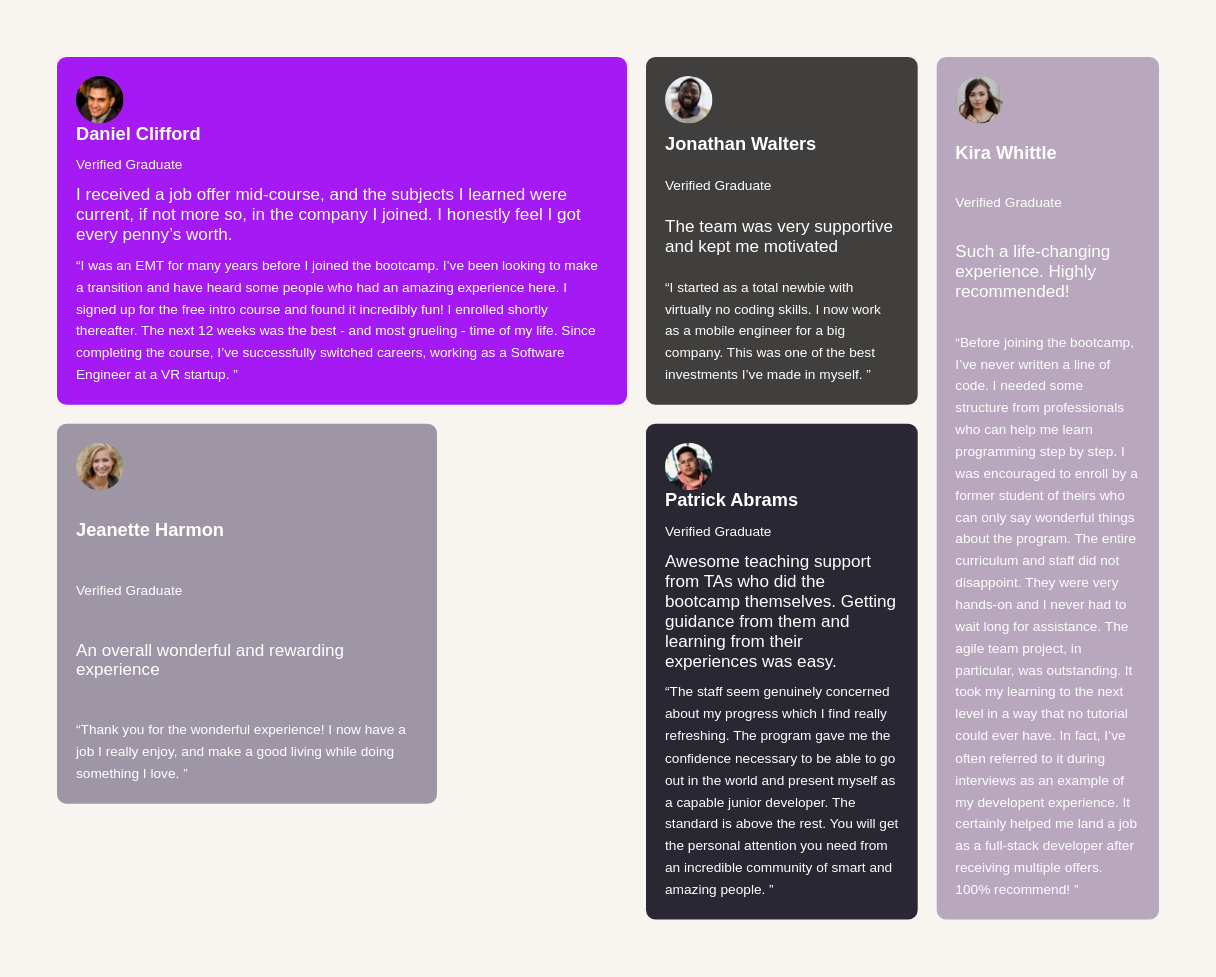
Repository: MagedElRefaey/Grid-Project
Page: Task.html
An editor plug-in stored every save of this project. The page is shown before and after the next save, followed by the edit.
The browser window is 1280 px wide. The pictures show the whole page, at 95% of full size.

Above is the page before, as saved 2024-09-13 23:30:25.

### Task.html
<!DOCTYPE html>
<html lang="en">
<head>
    <link rel ="stylesheet" href="./Style.css">
    <meta charset="UTF-8">
    <meta name="viewport" content="width=device-width, initial-scale=1.0">
    <title>Document</title>
</head>
<body>
    <div class="Container">
        <div class="Card David"> <img src = "images/image-daniel.jpg">

            <h3>Daniel Clifford</h3>
            <p>Verified Graduate</p>
            <blockquote>
            I received a job offer mid-course, and the subjects I learned were current, if not more so,
            in the company I joined. I honestly feel I got every penny’s worth.</blockquote>

            <p>“I was an EMT for many years before I joined the bootcamp. I’ve been looking to make a
            transition and have heard some people who had an amazing experience here. I signed up
            for the free intro course and found it incredibly fun! I enrolled shortly thereafter.
            The next 12 weeks was the best - and most grueling - time of my life. Since completing
            the course, I’ve successfully switched careers, working as a Software Engineer at a VR startup. ”</p></div>
        <div class="Card Jonathan"><img src = "images/image-jonathan.jpg">
            <h3>Jonathan Walters</h3>
            <p>Verified Graduate</p>

            <blockquote>The team was very supportive and kept me motivated</blockquote>

            <p>“I started as a total newbie with virtually no coding skills. I now work as a mobile engineer
            for a big company. This was one of the best investments I’ve made in myself. ”</p></div>
        <div class="Card Jeanette"> <img src = "images/image-jeanette.jpg">
            <h3>Jeanette Harmon</h3>
            <p>Verified Graduate</p>

            <blockquote>An overall wonderful and rewarding experience</blockquote>

            <p>“Thank you for the wonderful experience! I now have a job I really enjoy, and make a good living
            while doing something I love. ” </p> </div>

        <div class="Card Patrick"><img src="images/image-patrick.jpg">
            <h3>Patrick Abrams</h3>
            <p>Verified Graduate</p>

            <blockquote>Awesome teaching support from TAs who did the bootcamp themselves. Getting guidance from them and
            learning from their experiences was easy.</blockquote>

            <p>“The staff seem genuinely concerned about my progress which I find really refreshing. The program
            gave me the confidence necessary to be able to go out in the world and present myself as a capable
            junior developer. The standard is above the rest. You will get the personal attention you need from
            an incredible community of smart and amazing people. ”</p>
           </div>
        <div class="Card Kira"><img src="images/image-kira.jpg">
            <h3>Kira Whittle</h3>
            <p>Verified Graduate</p>

            <blockquote>Such a life-changing experience. Highly recommended!</blockquote>

            <p>“Before joining the bootcamp, I’ve never written a line of code. I needed some structure from
            professionals who can help me learn programming step by step. I was encouraged to enroll by a former
            student of theirs who can only say wonderful things about the program. The entire curriculum and staff
            did not disappoint. They were very hands-on and I never had to wait long for assistance. The agile team
            project, in particular, was outstanding. It took my learning to the next level in a way that no tutorial
            could ever have. In fact, I’ve often referred to it during interviews as an example of my developent
            experience. It certainly helped me land a job as a full-stack developer after receiving multiple offers.
            100% recommend! ”</p> </div>
    </div>
</body>
</html>

### Style.css
*{
    margin:0;
    padding: 0;
    box-sizing: border-box;
    font-family: Arial, sans-serif;
}
body{
    background-color: rgb(248, 245, 240);
    padding: 20px;
}
.Container {
    padding: 40px 40px 40px;
    display: grid;
    grid-template-columns: repeat(4,1fr);
    grid-template-columns: auto auto;
    grid-template-areas: "David  Jonathan Jonathan Kira"
                        "Jeanette Patrick Patrick Kira";
    gap: 20px;

}
.Card{
    padding: 20px;
    border-radius: 10px;
    color: white;
    display: flex;
    flex-direction: column;
    justify-content: space-between;
    align-items: start;
}
.Card img{
    width: 50px;
    height: 50px;
    border-radius: 50%;
    object-fit: cover;

}
.David{
    grid-area:David;
    background-color: #9c00f7e5;
    width: 600px;


}
.Jonathan{
    grid-area:Jonathan;
    background-color: #1d1c1bd5;

}
.Jeanette{
    grid-area:Jeanette;
    background-color: #968c9ee5;
    width: 400px;
    height: 400px;
}
.Patrick{
    grid-area:Patrick;
    background-color: #11101de5;
    width: 100%;
    height: 100%;


}
.Kira{
    grid-area:Kira;
    background-color: #b39fb9e5;
}
h3{
    margin-bottom: 10px;
    font-size: 1.2rem;
}
p{
    font-size: 0.9rem;
    line-height: 1.6;

}
blockquote {
font-style: times;
font-size:18px;
color: white;
margin: 10px 0;
}

@media  (max-width:780px){
    .Container{
        grid-template-columns: repeat(4,1fr);

    }

}

After the next save:
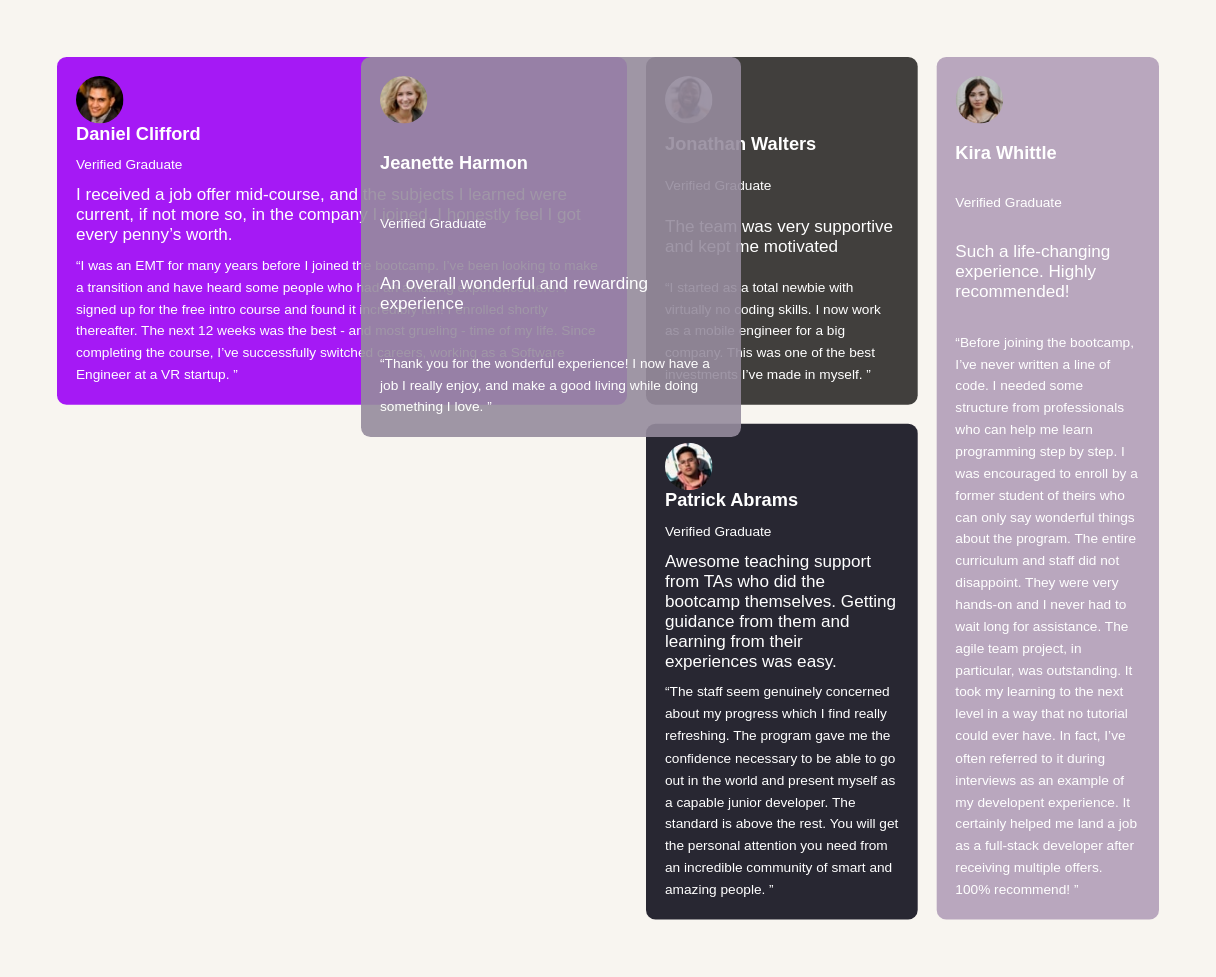
Saved 15 s later.
--- a/Style.css
+++ b/Style.css
@@ -51,6 +51,8 @@ body{
     background-color: #968c9ee5;
     width: 400px;
     height: 400px;
+    position: absolute;
+    right: 500px;
 }
 .Patrick{
     grid-area:Patrick;
